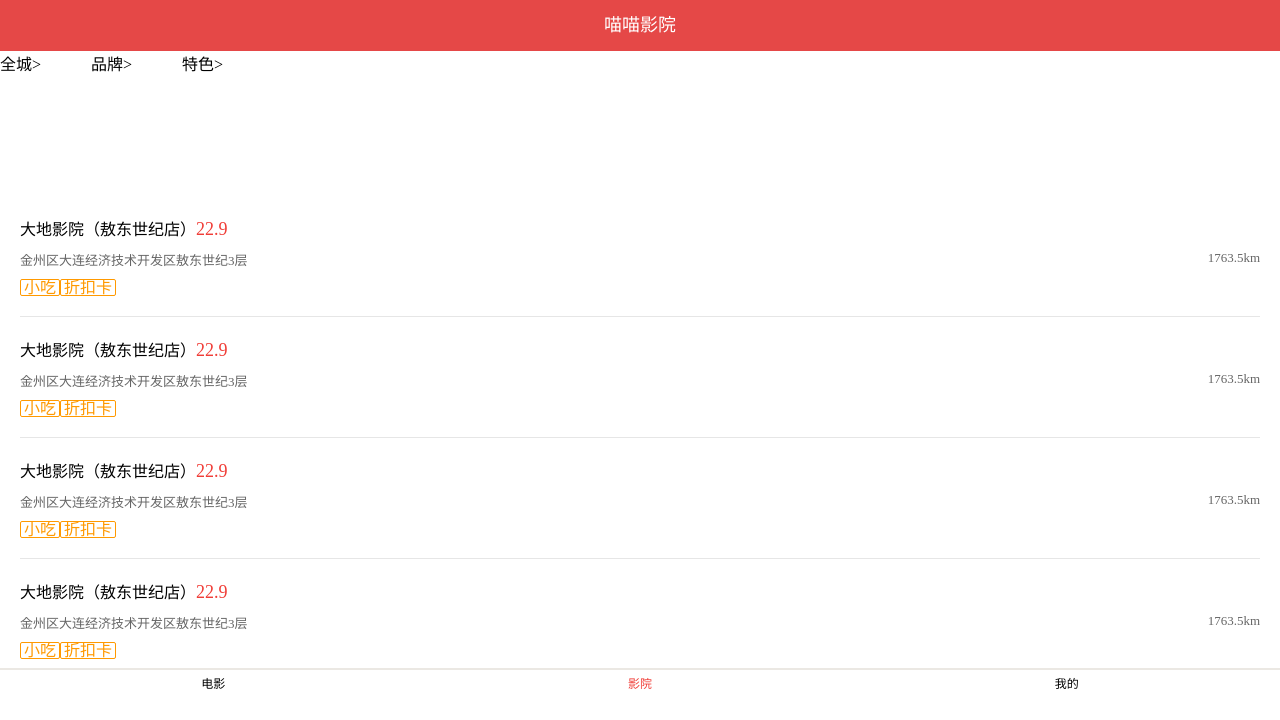
Repository: X-J-0/miaomiao_film
Page: /cinema (app in miaomiao/)
These files come from the project's save history. The page is drawn as it stood at one moment and after the next save; the edit follows.
The browser window is 1280 px wide. The pictures show the whole page.
The project was rebuilt for these pictures with package versions that can differ from the ones it lists, and the page was loaded fresh each time. Also part of the build but not shown: miaomiao/src/components/Allocate/index.vue. Imported but missing from the stored project, and not drawn on this page: miaomiao/src/components/Brand, miaomiao/src/components/Special.

Above is the page before, as saved 2020-03-24 19:41:17.

### miaomiao/public/index.html
<!DOCTYPE html>
<html lang="en">
  <head>
    <meta charset="utf-8">
    <meta http-equiv="X-UA-Compatible" content="IE=edge">
    <meta name="viewport" content="width=device-width,initial-scale=1.0,user-scalable=no">
    <link rel="icon" href="<%= BASE_URL %>favicon.ico">
    <link rel="stylesheet" href="<%= BASE_URL %>css/common.css">
    <!-- <link rel="stylesheet" href="<%= BASE_URL %>css/common.css"> -->
    <title><%= htmlWebpackPlugin.options.title %></title>
  </head>
  <body>
    <noscript>
      <strong>We're sorry but <%= htmlWebpackPlugin.options.title %> doesn't work properly without JavaScript enabled. Please enable it to continue.</strong>
    </noscript>
    <div id="app"></div>
    <!-- built files will be auto injected -->
  </body>
</html>

### miaomiao/src/App.vue
<template>
    <keep-alive>
        <router-view/>
    </keep-alive>
</template>

<style lang="scss">
</style>

### miaomiao/src/router/index.js
import Vue from 'vue'
import VueRouter from 'vue-router'
import movieRouter from './movie'
import mineRouter from './mine'
import cinemaRouter from './cinema'

Vue.use(VueRouter)


const router = new VueRouter({
  mode: 'history',
  base: process.env.BASE_URL,
  routes: [
    movieRouter,
    mineRouter,
    cinemaRouter,
    {
      path:'/*',
      redirect:'/movie'
    }
  ]
})

export default router

### miaomiao/src/router/movie/index.js
export default {
    path:'/movie',
    component : () => import('@/views/Movie'),
    children:[
        {
            path:'city',
            component:()=>import('@/components/City')
        },
        {
            path:'nowPlaying',
            component:()=>import('@/components/NowPlaying')
        },
        {
            path:'comingSoon',
            component:()=>import('@/components/ComingSoon')
        },
        {
            path:'search',
            component:()=>import('@/components/Search')
        },
        {
            path:'/movie',
            redirect:'/movie/nowPlaying'
        }
    ]
}

### miaomiao/src/router/mine/index.js
export default {
    path:'/mine',
    component : () => import('@/views/Mine'),
    children:[
        {
            path:'center',
            component:()=>import('@/views/Mine/center.vue')
        },
        {
            path:'login',
            component:()=>import('@/components/Login')
        },
        {
            path:'register',
            component:()=>import('@/components/Register')
        },
        {
            path:'findPassword',
            component:()=>import('@/components/FindPassword')
        },
        {
            path:'/mine',
            redirect:'center'
        }
    ]
}

### miaomiao/src/router/cinema/index.js
export default {
    path:'/cinema',
    component : () => import('@/views/Cinema'),
    children:[
        {
            path:'allocate',
            component:()=>import('@/components/Allocate')
        },
        {
            path:'brand',
            component:()=>import('@/components/Brand')
        },
        {
            path:'special',
            component:()=>import('@/components/Special')
        },
        {
            path:'/cinema',
            redirect:'/cinema/allocate'
        }
    ]
}

### miaomiao/src/views/Cinema/index.vue
<template>
    <div id="main">
        <Header title="喵喵影院" />
        <div id="content">
          <ul class="cinema_menu">
            <li class="city_switch">
              全城>
            </li>
            <li class="brand_switch">
              品牌>
            </li>
            <li class="feature_switch">
              特色>
            </li>
          </ul>
        </div>
        <Clist/>
        <TabBar />
    </div>
</template>

<script>

import Header from '@/components/Header';
import TabBar from '@/components/TabBar';
import Clist from '@/components/Clist';
export default {
  name:'Cinema',
    components : {
    Header,
    TabBar,
    Clist
  },
  data(){
   return {

   }
  }
}
</script>

<style scoped>
.cinema_menu li{
  margin-right:50px;
  float:left;
}
</style>

### miaomiao/src/components/Header/index.vue
<template>
    <header id="header">
        <h1>{{title}}</h1>
    </header>
</template>

<script>
export default {
  name:'Header',
  props:{
      title:{
          type:String,
          default:'喵喵电影'
      }
  }
}
</script>

<style scoped>
#header{width:100%;height:50px;color:#fff;background-color: #e54847;border-bottom:1px solid #e54847;position: relative;}
#header h1{font-size:18px;text-align: center;line-height: 50px; font-weight: normal;}
#header i{position:absolute;left:5px;top:50%;margin-top:-13px;font-size:26px;}
</style>

### miaomiao/src/components/TabBar/index.vue
<template>
    <footer id="footer">
        <ul>
            <router-link tag="li" to="/movie">
                <!-- <i class="iconfont icon-dianying"></i> -->
                <p>电影</p>
            </router-link>
            <router-link tag="li" to="/cinema">
                <!-- <i class="iconfont icon-yingyuan"></i> -->
                <p>影院</p>
            </router-link>
            <router-link tag="li" to="/mine">
                <!-- <i class="iconfont icon-dianying"></i> -->
                <p>我的</p>
            </router-link>
        </ul>
    </footer>
</template>

<script>
export default {
  name:'Footer',
  data(){
   return {

   }
  }
}
</script>

<style scoped>
#footer{width:100%; height:50px;background-color: #fff;border-top:2px #ebe8e3 solid;position:fixed;left:0;bottom:0;}
#footer ul{display:flex;text-align: center;height:50px;align-items:center;}
#footer ul li{flex:1;height:40px;}
#footer ul li.active{color:#f03d37;}
#footer ul li.router-link-active{color:#f03d37;}
#footer ul i{font-size:20px;}
#footer ul p{font-size:12px;line-height:18px;}
</style>

### miaomiao/src/components/Clist/index.vue
<template>
<div class="cinema_body">
    <ul>
        <li>
            <div>
                <span>大地影院（敖东世纪店）</span>
                <span class="q"><span class="price">22.9</span></span>
            </div>
            <div class="address">
                <span>金州区大连经济技术开发区敖东世纪3层</span>
                <span>1763.5km</span>
            </div>
            <div class="card">
                <div>小吃</div>
                <div>折扣卡</div>
            </div>
        </li>
        <li>
            <div>
                <span>大地影院（敖东世纪店）</span>
                <span class="q"><span class="price">22.9</span></span>
            </div>
            <div class="address">
                <span>金州区大连经济技术开发区敖东世纪3层</span>
                <span>1763.5km</span>
            </div>
            <div class="card">
                <div>小吃</div>
                <div>折扣卡</div>
            </div>
        </li>
        <li>
            <div>
                <span>大地影院（敖东世纪店）</span>
                <span class="q"><span class="price">22.9</span></span>
            </div>
            <div class="address">
                <span>金州区大连经济技术开发区敖东世纪3层</span>
                <span>1763.5km</span>
            </div>
            <div class="card">
                <div>小吃</div>
                <div>折扣卡</div>
            </div>
        </li>
        <li>
            <div>
                <span>大地影院（敖东世纪店）</span>
                <span class="q"><span class="price">22.9</span></span>
            </div>
            <div class="address">
                <span>金州区大连经济技术开发区敖东世纪3层</span>
                <span>1763.5km</span>
            </div>
            <div class="card">
                <div>小吃</div>
                <div>折扣卡</div>
            </div>
        </li>
    </ul>
</div>
</template>

<script>
export default {
  name:'Clist',
  data(){
   return {

   }
  }
}
</script>

<style scoped>
#content .cinema_body{flex:1;overflow:auto;}
.cinema_body ul{padding:20px;}
.cinema_body li{border-bottom:1px solid #e6e6e6;margin-bottom:20px;}
.cinema_body div{margin-bottom:10px;}
.cinema_body .q{font-size:11px;color:#f03d37;}
.cinema_body .price{font-size:18px;}
.cinema_body .address{font-size:13px;color:#666;}
.cinema_body .address span:nth-of-type(2){float:right;}
.cinema_body .card{display:flex;}
.cinema_body .card div{padding:0 3px;height:15px;line-height: 15px;border-radius: 2px;color:#f90;border:1px solid #f90;}
.cinema_body .card div.or{color:#f90;border:1px solid #f90;}
.cinema_body .card div.bl{color:#589daf;border:1px solid #589daf;}
</style>

### miaomiao/public/css/common.css
*{ margin : 0; padding : 0;}
ul,li{ list-style: none}
img{ display: block}
html, body{ height:100%}
.clearfix:after{ content:""; display:block; clear:both}
#main{ height: 100%; display: flex; flex-direction: column;}
#content{ flex:1; overflow:auto; margin-bottom: 50px;position: relative;display: flex;flex-direction: column;}

Loaded but not shown: miaomiao/src/main.js (common file); miaomiao/src/store/index.js (common file)

After the next save:
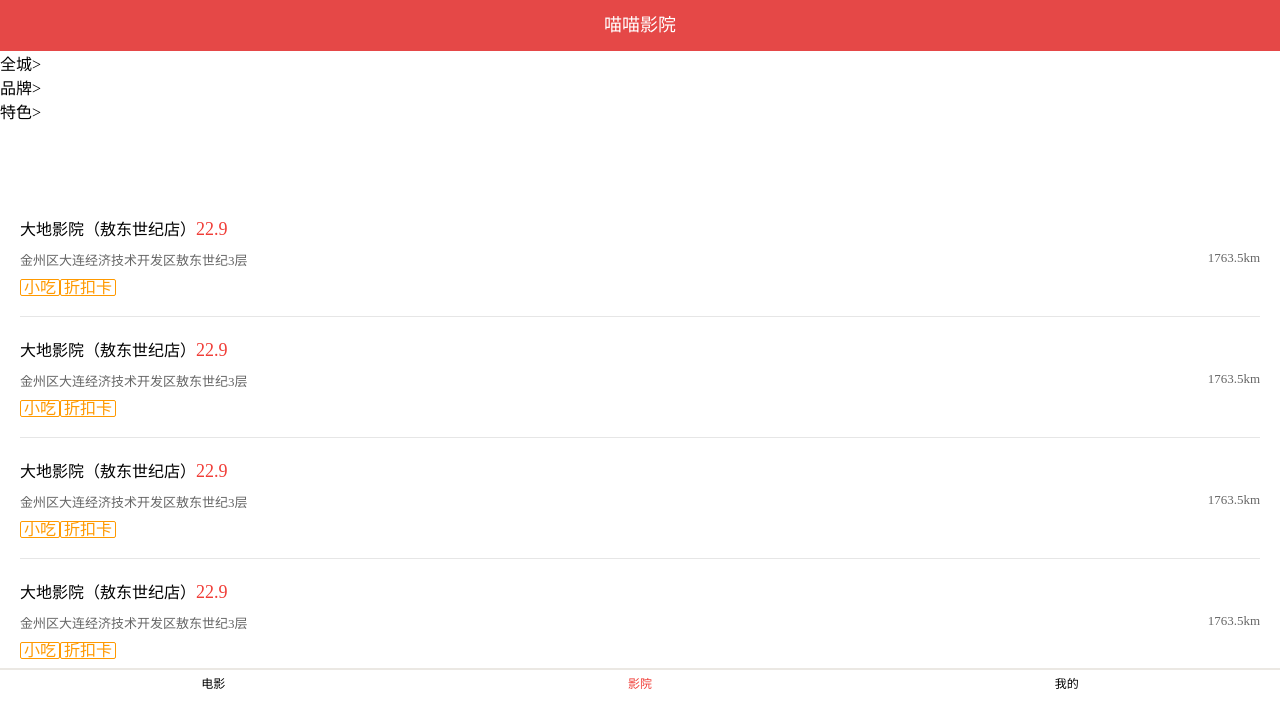
Saved 6 s later.
--- a/miaomiao/src/views/Cinema/index.vue
+++ b/miaomiao/src/views/Cinema/index.vue
@@ -41,7 +41,7 @@ export default {
 
 <style scoped>
 .cinema_menu li{
-  margin-right:50px;
+  margin-right:850px;
   float:left;
 }
 </style>
